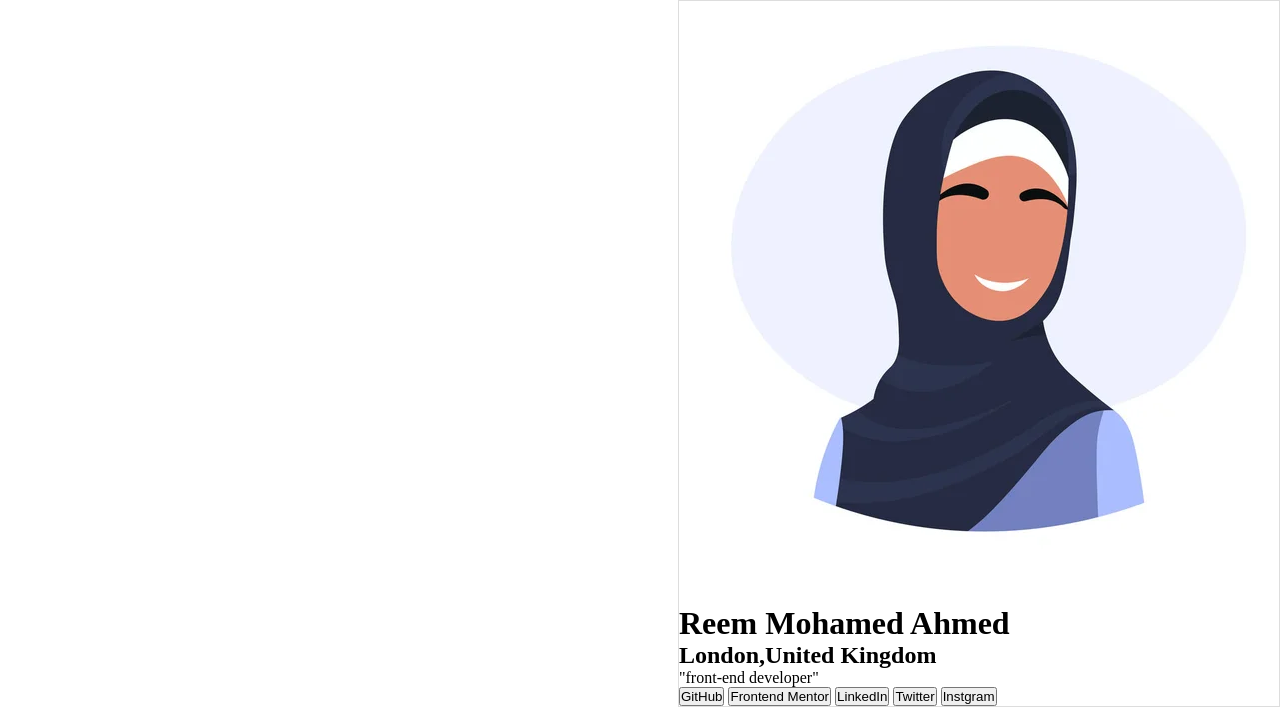
Repository: reemoon-ctrl/social_links_profile_main
Page: index.html
An editor plug-in stored every save of this project. The page is shown before and after the next save, followed by the edit.
The browser window is 1280 px wide. The pictures show the whole page.

Above is the page before, as saved 2024-07-23 09:33:32.

### index.html
<!DOCTYPE html>
<html lang="en">
<head>
  <meta charset="UTF-8">
  <meta name="viewport" content="width=device-width, initial-scale=1.0"> <!-- displays site properly based on user's device -->

  <link rel="icon" type="image/png" sizes="32x32" href="./assets/images/favicon-32x32.png">

  <title>Frontend Mentor | Social links profile</title>

  <!-- Feel free to remove these styles or customise in your own stylesheet 👍 -->
  <style>
    .attribution { font-size: 11px; text-align: center; }
    .attribution a { color: hsl(228, 45%, 44%); }
  </style>
  <link rel="stylesheet" href="index.css"/>
</head>
<body>
  <main>
    <div class="form-container">
      <div>
      <img src="/depositphotos_668859444-stock-illustration-arab-woman-face-covered-hijab.jpg" alt="person-img">
      <h1>Reem Mohamed Ahmed</h1>
      <h2>London,United Kingdom</h2>
      <p>"front-end developer"</p>
      <button>GitHub</button>
      <button>Frontend Mentor</button>
      <button>LinkedIn</button>
      <button>Twitter</button>
      <button>Instgram</button>
      </div>
    </div>
 </main>
 <footer>
    <div class="attribution">
      Challenge by <a href="https://www.frontendmentor.io?ref=challenge" target="_blank">Frontend Mentor</a>.
      Coded by <a href="https://www.frontendmentor.io/reemoon-ctrl">reem mohamed</a>.
    </div>
 </footer>
</body>
</html>

### index.css
*{
    box-sizing: border-box;
    margin:0px;
    padding: 0px;
}
html{

}
body{
    position: relative;

}
.form-container{
    border:1px solid #ddd;
    margin :auto;
    float:inline-end;
}
footer{
    position: absolute;
    bottom: 0px;
    margin: auto;
}

After the next save:
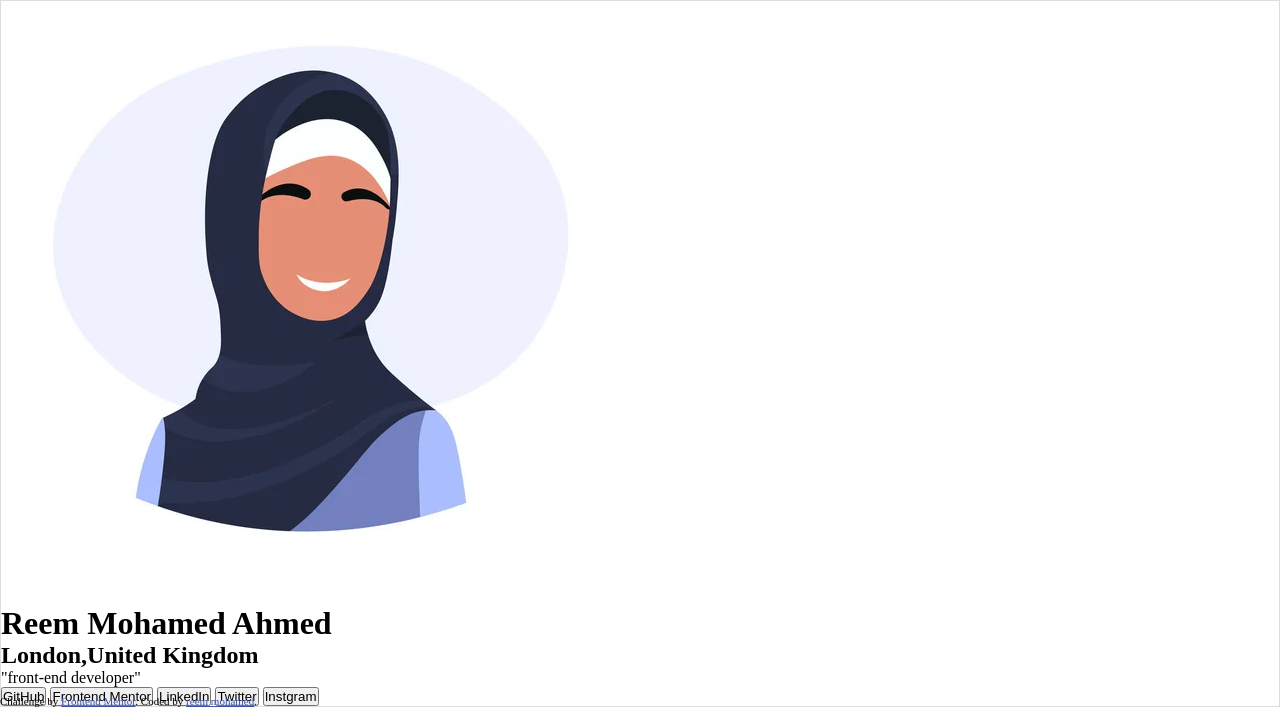
Saved 43 s later.
--- a/index.css
+++ b/index.css
@@ -13,7 +13,7 @@ body{
 .form-container{
     border:1px solid #ddd;
     margin :auto;
-    float:inline-end;
+    float:;
 }
 footer{
     position: absolute;
